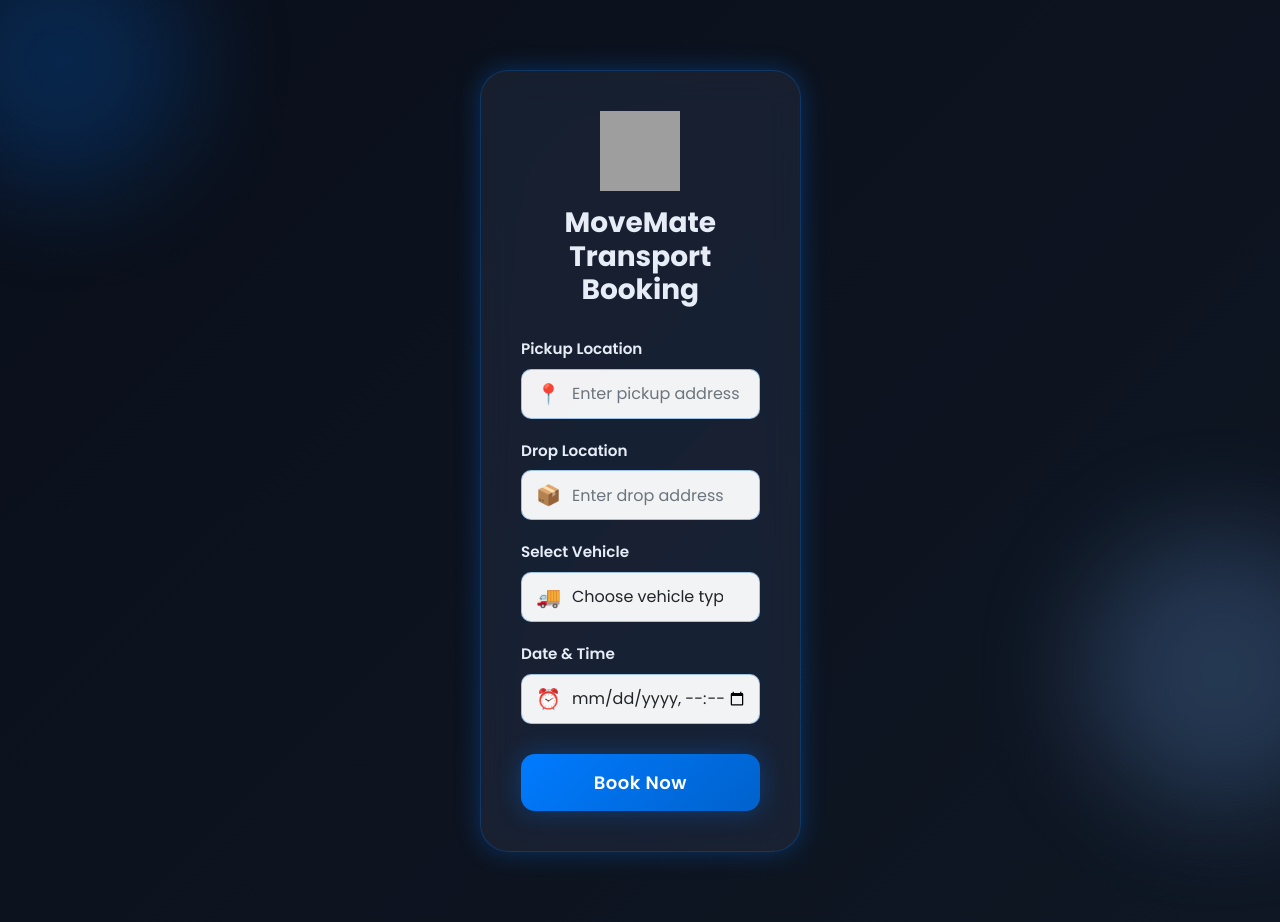
Repository: MoveMate7018/Slokdhorda7014
Page: booking.html
An editor plug-in stored every save of this project. The page is shown before and after the next save, followed by the edit.
The browser window is 1280 px wide. The pictures show the whole page.
Pictures or frames that could not be fetched are drawn as grey boxes.

Above is the page before, as saved 2025-11-19 10:18:02.

After the next save:
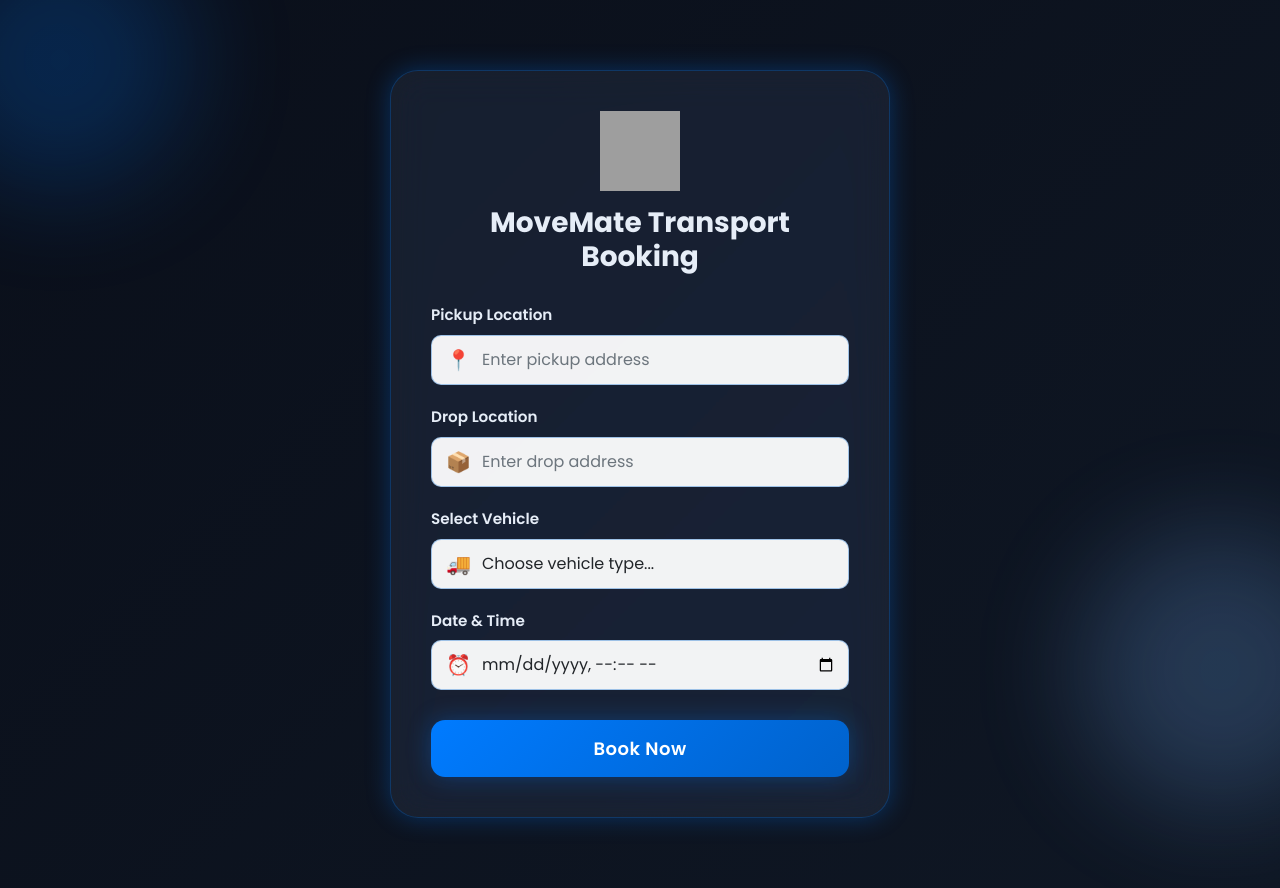
Saved 52 s later.
--- a/booking.html
+++ b/booking.html
@@ -18,8 +18,8 @@
     }
 
     .booking-container{
-      max-width: 600px;
-      width: 50%;
+      max-width: 500px;
+      width: 100%;
       background: rgba(255, 255, 255, 0.06);
       backdrop-filter: blur(18px) saturate(160%);
       padding: 40px;
